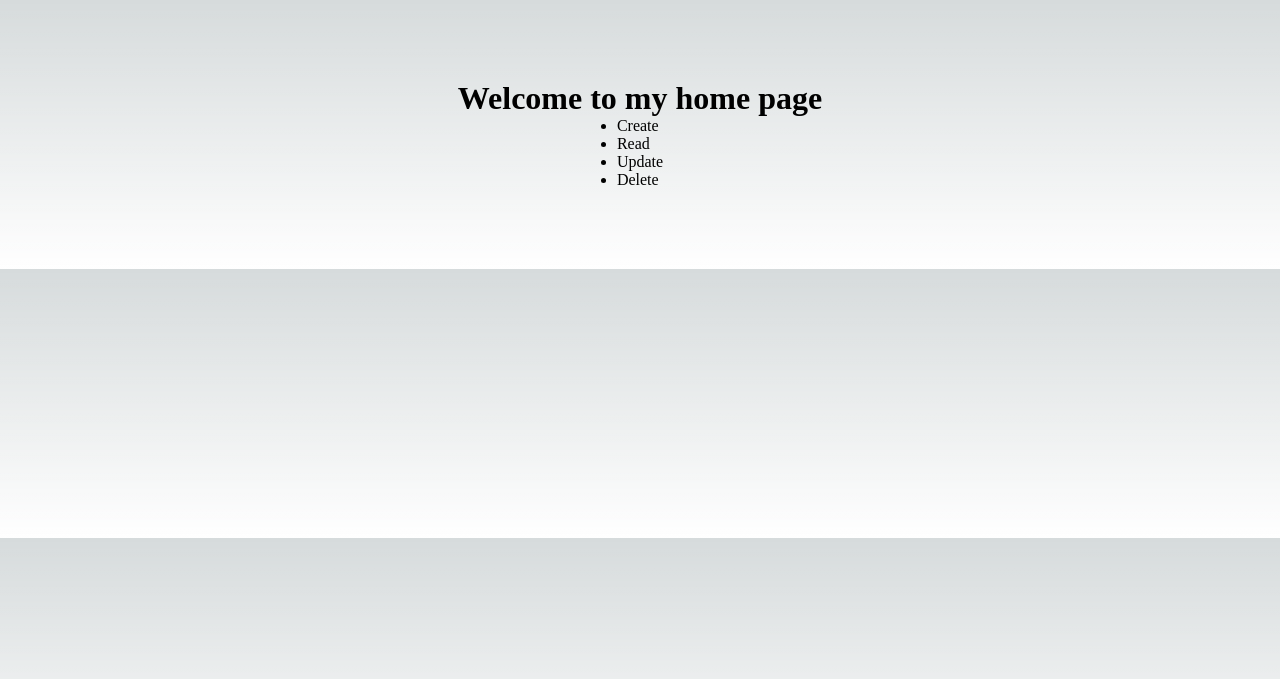
Repository: karthur1/playwright
Page: /
An editor plug-in stored every save of this project. The page is shown before and after the next save, followed by the edit.
The browser window is 1280 px wide. The pictures show the whole page.
The project was rebuilt for these pictures with package versions that can differ from the ones it lists, and the page was loaded fresh each time. The framework's server and built-in components were replaced by stand-ins that run in the browser. Also part of the build but not shown: next.config.js.

Above is the page before, as saved 2023-01-23 11:05:14.

After the next save:
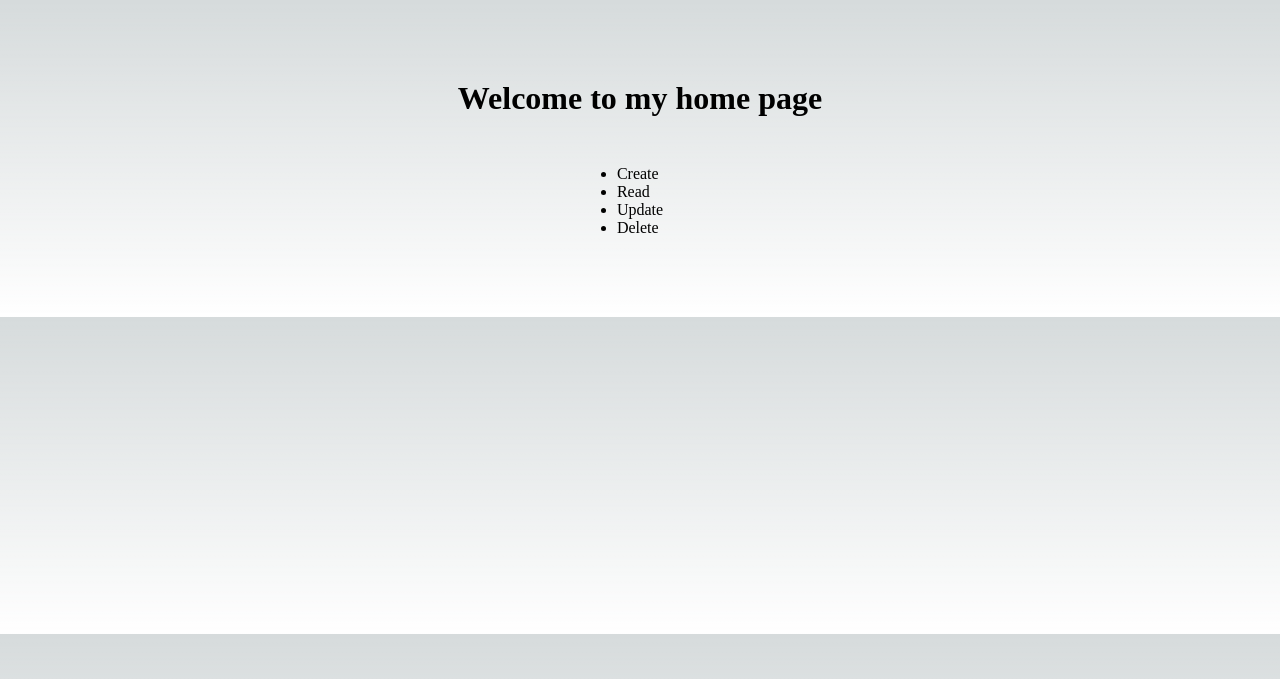
Saved 8 s later.
--- a/pages/index.js
+++ b/pages/index.js
@@ -19,8 +19,8 @@ export default function Home() {
           Welcome to my home page
         </h1>
 
-        <div className='styles.grid'>
-          <div className='styles.gird_container' style={{diplay: "grid"}}>
+        <div className={styles.grid}>
+          <div className={styles.gird_container} style={{diplay: "grid"}}>
             <ul>
               <li>Create</li>
               <li>Read</li>
